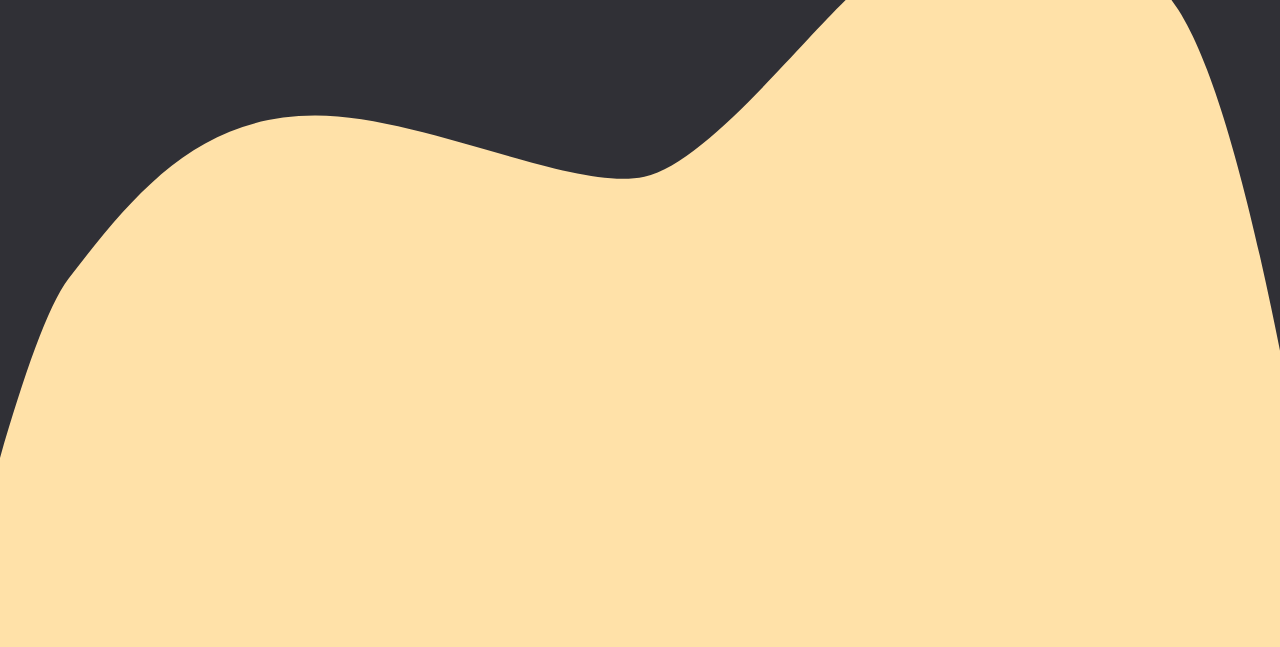
Repository: zhangolivia7/rot-recovery
Page: /
These files come from the project's save history. The page is drawn as it stood at one moment and after the next save; the edit follows.
The browser window is 1280 px wide. The pictures show the whole page.
The project was rebuilt for these pictures with package versions that can differ from the ones it lists, and the page was loaded fresh each time. The framework's server and built-in components were replaced by stand-ins that run in the browser. Also part of the build but not shown: next.config.ts.

Above is the page before, as saved 2025-03-26 14:33:45.

After the next save:
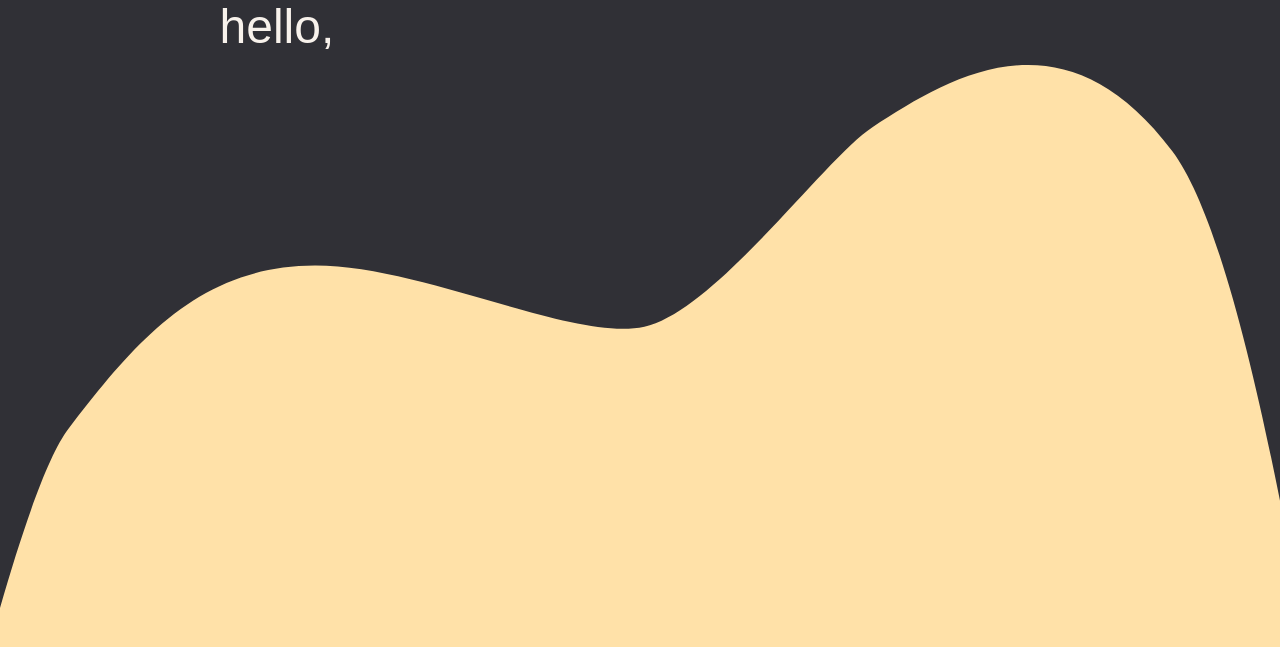
Saved 15 s later.
--- a/src/app/globals.css
+++ b/src/app/globals.css
@@ -74,4 +74,6 @@ h1 {
 }
 
 #s1 h1 {
+  margin-left: 300px;
+  margin-top: 300px;
 }
